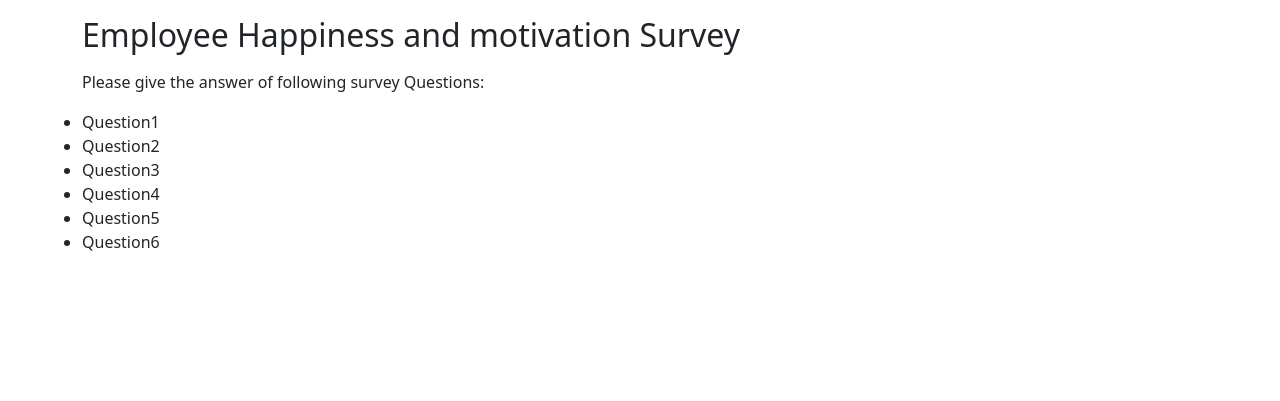
Repository: Itsjeet007y1/WeAce
Page: / (app in we-ace-frontend/)
These files come from the project's save history. The page is drawn as it stood at one moment and after the next save; the edit follows.
The browser window is 1280 px wide. The pictures show the whole page.
The project was rebuilt for these pictures with package versions that can differ from the ones it lists, and the page was loaded fresh each time. Also part of the build but not shown: we-ace-frontend/angular.json.

Above is the page before, as saved 2023-02-02 21:59:07.

### we-ace-frontend/src/index.html
<!doctype html>
<html lang="en">
<head>
  <meta charset="utf-8">
  <title>WeAceFrontend</title>
  <meta name="viewport" content="width=device-width, initial-scale=1">
  <link href="https://cdn.jsdelivr.net/npm/bootstrap@5.3.0-alpha1/dist/css/bootstrap.min.css" rel="stylesheet" integrity="sha384-GLhlTQ8iRABdZLl6O3oVMWSktQOp6b7In1Zl3/Jr59b6EGGoI1aFkw7cmDA6j6gD" crossorigin="anonymous">

  <base href="/">
  <link rel="icon" type="image/x-icon" href="favicon.ico">
</head>
<body>
  <app-root></app-root>
</body>
</html>

### we-ace-frontend/src/app/app.component.ts
import { Component } from '@angular/core';

@Component({
  selector: 'app-root',
  templateUrl: './app.component.html',
  styleUrls: ['./app.component.css']
})
export class AppComponent {
  title = 'we-ace-frontend';
}

### we-ace-frontend/src/app/survey-questions-list/survey-questions-list.component.ts
import { Component } from '@angular/core';
import { Questions } from './questions';

@Component({
  selector: 'app-survey-questions-list',
  templateUrl: './survey-questions-list.component.html',
  styleUrls: ['./survey-questions-list.component.css']
})
export class SurveyQuestionsListComponent {
  //Creating an arrya of questions
  questionList: Questions[] = [
    new Questions(1, "Question1"),
    new Questions(2, "Question2"),
    new Questions(1, "Question3"),
    new Questions(2, "Question4"),
    new Questions(1, "Question5"),
    new Questions(2, "Question6"),
  ]
}

### we-ace-frontend/src/app/app.component.html
<div class="container">
  <h2 class="mt-3 mb-3">Employee Happiness and motivation Survey</h2>
  <app-survey-questions-list></app-survey-questions-list>
</div>

### we-ace-frontend/src/app/survey-questions-list/survey-questions-list.component.html
<p>Please give the answer of following survey Questions:</p>
<ul *ngFor="let ql of questionList" class="list-group">
    <li>{{ ql.question }}</li>
</ul>

### we-ace-frontend/src/app/survey-questions-list/questions.ts
export class Questions {
    constructor(public questionNumber: number,
                public question: String) {

                }
}

Loaded but not shown: we-ace-frontend/src/styles.css (common file); we-ace-frontend/src/main.ts (common file); we-ace-frontend/src/app/app.module.ts (common file); we-ace-frontend/src/app/app-routing.module.ts (common file); we-ace-frontend/src/app/app.component.css (no stored copy; drawn as an empty file); we-ace-frontend/src/app/survey-questions-list/survey-questions-list.component.css (no stored copy; drawn as an empty file)

After the next save:
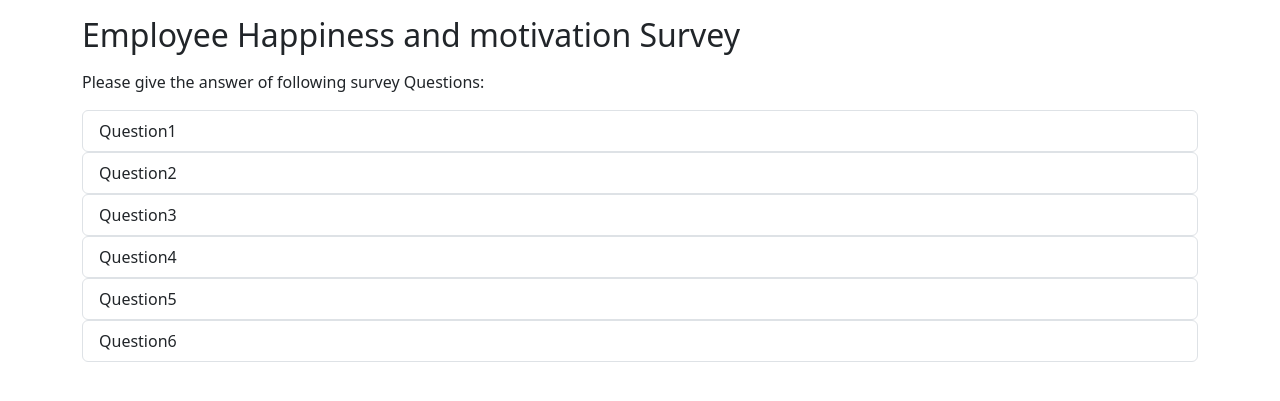
Saved 14 s later.
--- a/we-ace-frontend/src/app/survey-questions-list/survey-questions-list.component.html
+++ b/we-ace-frontend/src/app/survey-questions-list/survey-questions-list.component.html
@@ -1,4 +1,4 @@
 <p>Please give the answer of following survey Questions:</p>
 <ul *ngFor="let ql of questionList" class="list-group">
-    <li>{{ ql.question }}</li>
+    <li class="list-group-item">{{ ql.question }}</li>
 </ul>
